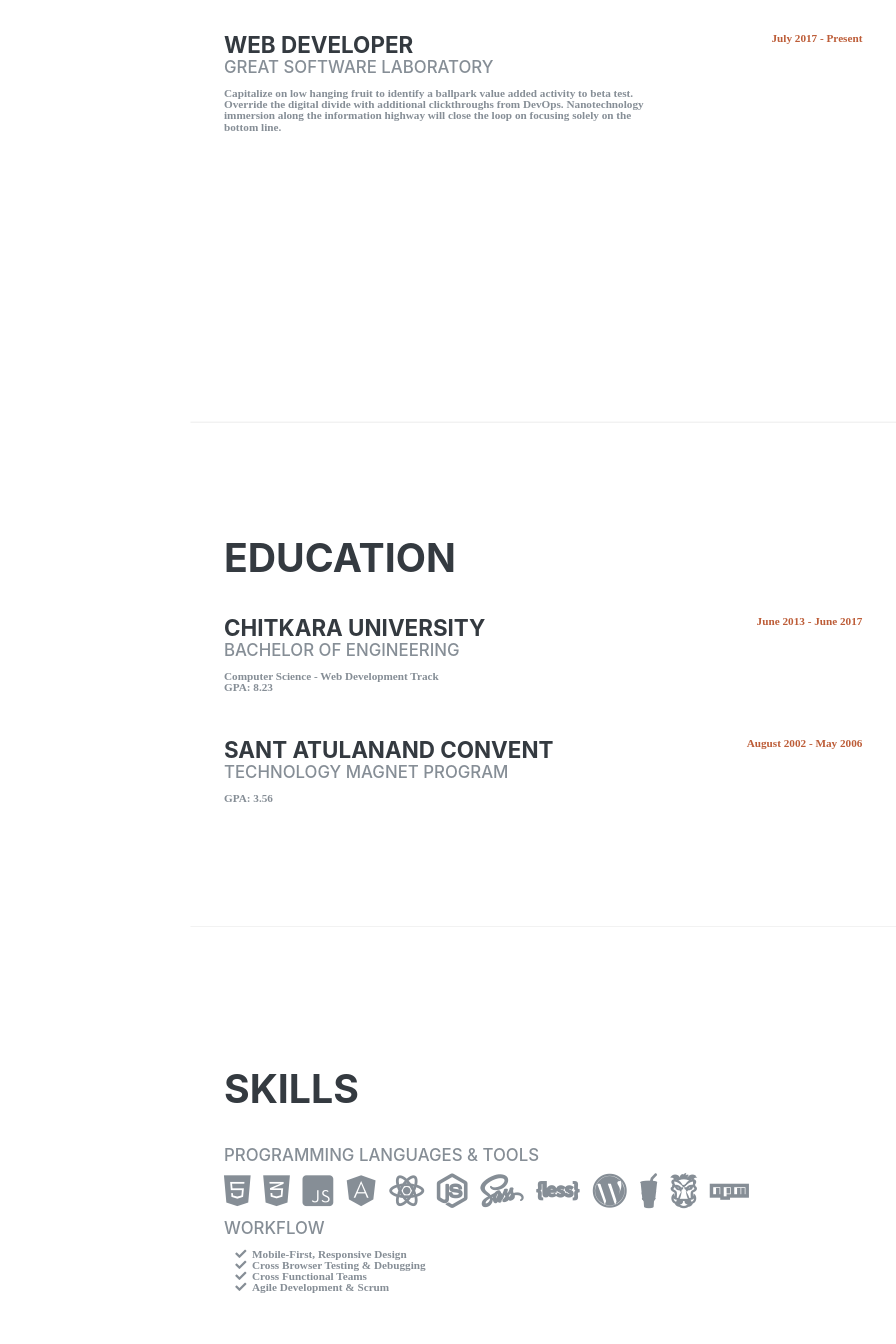
Repository: ankitkeshari719/ankitkeshari719.github.io
Page: index.html
The author's editor kept a copy of each file at every save. The page is drawn from the files as they stood at one save, then again after a run of saves.
The browser window is 1280 px wide. The pictures show the part of the page from y = 838 to 2758 px (the page is 4349 px tall), at 70% of full size.
Some web fonts or font styles are not loaded; a fallback is used.

Above is the page before, as saved 2020-03-13 16:09:30.

### index.html
<!DOCTYPE html>
<html lang="en">

<head>

  <meta charset="utf-8">
  <meta name="viewport" content="width=device-width, initial-scale=1, shrink-to-fit=no">
  <meta name="description" content="">
  <meta name="author" content="">

  <title>Ankit Keshari : Portfolio</title>

  <!-- Bootstrap core CSS -->
  <link href="vendor/bootstrap/css/bootstrap.min.css" rel="stylesheet">

  <!-- Custom fonts for this template -->
  <link href="https://fonts.googleapis.com/css?family=Saira+Extra+Condensed:500,700" rel="stylesheet">
  <link href="https://fonts.googleapis.com/css?family=Muli:400,400i,800,800i" rel="stylesheet">
  <link href="vendor/fontawesome-free/css/all.min.css" rel="stylesheet">

  <!-- Custom styles for this template -->
  <link href="css/resume.min.css" rel="stylesheet">

</head>

<body id="page-top">

  <nav class="navbar navbar-expand-lg navbar-dark bg-primary fixed-top" id="sideNav">
    <a class="navbar-brand js-scroll-trigger" href="#page-top">
      <span class="d-block d-lg-none">Ankit Keshari</span>
      <span class="d-none d-lg-block">
        <img class="img-fluid img-profile rounded-circle mx-auto mb-2" src="img/profile.jpg" alt="">
      </span>
    </a>
    <button class="navbar-toggler" type="button" data-toggle="collapse" data-target="#navbarSupportedContent" aria-controls="navbarSupportedContent" aria-expanded="false" aria-label="Toggle navigation">
      <span class="navbar-toggler-icon"></span>
    </button>
    <div class="collapse navbar-collapse" id="navbarSupportedContent">
      <ul class="navbar-nav">
        <li class="nav-item">
          <a class="nav-link js-scroll-trigger" href="#about">About</a>
        </li>
        <li class="nav-item">
          <a class="nav-link js-scroll-trigger" href="#experience">Experience</a>
        </li>
        <li class="nav-item">
          <a class="nav-link js-scroll-trigger" href="#education">Education</a>
        </li>
        <li class="nav-item">
          <a class="nav-link js-scroll-trigger" href="#skills">Skills</a>
        </li>
        <li class="nav-item">
          <a class="nav-link js-scroll-trigger" href="#interests">Interests</a>
        </li>
        <li class="nav-item">
          <a class="nav-link js-scroll-trigger" href="#awards">Awards</a>
        </li>
      </ul>
    </div>
  </nav>

  <div class="container-fluid p-0">
    <section class="resume-section p-3 p-lg-5 d-flex align-items-center" id="about">
      <div class="w-100">
        <h1 class="mb-0">Ankit
          <span class="text-primary">Keshari</span>
        </h1>
        <div class="subheading mb-5">H-19, Rajnarayan Nagar. Gangapur Varanasi· Uttar Pradesh, CO 221302 · (+91) 950-1671-533 ·
          <a href="mailto:ankitkeshari719@gmail.com">ankitkeshari719@gmail.com</a>
        </div>
        <p class="lead mb-5">I am experienced in leveraging agile frameworks to provide a robust synopsis for high level overviews. Iterative approaches to corporate strategy foster collaborative thinking to further the overall value proposition.</p>
        <div class="social-icons">
          <a href="https://www.linkedin.com/in/ankit-keshari-a2937094?trk=hp-identity-name" target="_blank"><i class="fa fa-linkedin-square">
            <i class="fab fa-linkedin-in"></i>
          </a>
          <a href="https://github.com/ankitkeshari719" target="_blank">
            <i class="fab fa-github"></i>
          </a>
          <a href="https://twitter.com/I_m_ankit_kesri" target="_blank">
            <i class="fab fa-twitter"></i>
          </a>
          <a href="https://www.facebook.com/ankitkeshari719" target="_blank">
            <i class="fab fa-facebook-f"></i>
          </a>
        </div>
      </div>
    </section>

    <hr class="m-0">

    <section class="resume-section p-3 p-lg-5 d-flex justify-content-center" id="experience">
      <div class="w-100">
        <h2 class="mb-5">Experience</h2>

        <!-- <div class="resume-item d-flex flex-column flex-md-row justify-content-between mb-5">
          <div class="resume-content">
            <h3 class="mb-0">Senior Web Developer</h3>
            <div class="subheading mb-3">Intelitec Solutions</div>
            <p>Bring to the table win-win survival strategies to ensure proactive domination. At the end of the day, going forward, a new normal that has evolved from generation X is on the runway heading towards a streamlined cloud solution. User generated content in real-time will have multiple touchpoints for offshoring.</p>
          </div>
          <div class="resume-date text-md-right">
            <span class="text-primary">March 2013 - Present</span>
          </div>
        </div> -->

        <div class="resume-item d-flex flex-column flex-md-row justify-content-between mb-5">
          <div class="resume-content">
            <h3 class="mb-0">Web Developer</h3>
            <div class="subheading mb-3">Great Software Laboratory</div>
            <p>Capitalize on low hanging fruit to identify a ballpark value added activity to beta test. Override the digital divide with additional clickthroughs from DevOps. Nanotechnology immersion along the information highway will close the loop on focusing solely on the bottom line.</p>
          </div>
          <div class="resume-date text-md-right">
            <span class="text-primary">July 2017 - Present</span>
          </div>
        </div>

        <!-- <div class="resume-item d-flex flex-column flex-md-row justify-content-between mb-5">
          <div class="resume-content">
            <h3 class="mb-0">Junior Web Designer</h3>
            <div class="subheading mb-3">Shout! Media Productions</div>
            <p>Podcasting operational change management inside of workflows to establish a framework. Taking seamless key performance indicators offline to maximise the long tail. Keeping your eye on the ball while performing a deep dive on the start-up mentality to derive convergence on cross-platform integration.</p>
          </div>
          <div class="resume-date text-md-right">
            <span class="text-primary">July 2010 - December 2011</span>
          </div>
        </div> -->

        <!-- <div class="resume-item d-flex flex-column flex-md-row justify-content-between">
          <div class="resume-content">
            <h3 class="mb-0">Web Design Intern</h3>
            <div class="subheading mb-3">Shout! Media Productions</div>
            <p>Collaboratively administrate empowered markets via plug-and-play networks. Dynamically procrastinate B2C users after installed base benefits. Dramatically visualize customer directed convergence without revolutionary ROI.</p>
          </div>
          <div class="resume-date text-md-right">
            <span class="text-primary">September 2008 - June 2010</span>
          </div>
        </div> -->
      </div>

    </section>

    <hr class="m-0">

    <section class="resume-section p-3 p-lg-5 d-flex align-items-center" id="education">
      <div class="w-100">
        <h2 class="mb-5">Education</h2>

        <div class="resume-item d-flex flex-column flex-md-row justify-content-between mb-5">
          <div class="resume-content">
            <h3 class="mb-0">Chitkara University</h3>
            <div class="subheading mb-3">Bachelor of Engineering</div>
            <div>Computer Science - Web Development Track</div>
            <p>GPA: 8.23</p>
          </div>
          <div class="resume-date text-md-right">
            <span class="text-primary">June 2013 - June 2017</span>
          </div>
        </div>

        <div class="resume-item d-flex flex-column flex-md-row justify-content-between">
          <div class="resume-content">
            <h3 class="mb-0">Sant Atulanand Convent </h3>
            <div class="subheading mb-3">Technology Magnet Program</div>
            <p>GPA: 3.56</p>
          </div>
          <div class="resume-date text-md-right">
            <span class="text-primary">August 2002 - May 2006</span>
          </div>
        </div>

      </div>
    </section>

    <hr class="m-0">

    <section class="resume-section p-3 p-lg-5 d-flex align-items-center" id="skills">
      <div class="w-100">
        <h2 class="mb-5">Skills</h2>

        <div class="subheading mb-3">Programming Languages &amp; Tools</div>
        <ul class="list-inline dev-icons">
          <li class="list-inline-item">
            <i class="fab fa-html5"></i>
          </li>
          <li class="list-inline-item">
            <i class="fab fa-css3-alt"></i>
          </li>
          <li class="list-inline-item">
            <i class="fab fa-js-square"></i>
          </li>
          <li class="list-inline-item">
            <i class="fab fa-angular"></i>
          </li>
          <li class="list-inline-item">
            <i class="fab fa-react"></i>
          </li>
          <li class="list-inline-item">
            <i class="fab fa-node-js"></i>
          </li>
          <li class="list-inline-item">
            <i class="fab fa-sass"></i>
          </li>
          <li class="list-inline-item">
            <i class="fab fa-less"></i>
          </li>
          <li class="list-inline-item">
            <i class="fab fa-wordpress"></i>
          </li>
          <li class="list-inline-item">
            <i class="fab fa-gulp"></i>
          </li>
          <li class="list-inline-item">
            <i class="fab fa-grunt"></i>
          </li>
          <li class="list-inline-item">
            <i class="fab fa-npm"></i>
          </li>
        </ul>

        <div class="subheading mb-3">Workflow</div>
        <ul class="fa-ul mb-0">
          <li>
            <i class="fa-li fa fa-check"></i>
            Mobile-First, Responsive Design</li>
          <li>
            <i class="fa-li fa fa-check"></i>
            Cross Browser Testing &amp; Debugging</li>
          <li>
            <i class="fa-li fa fa-check"></i>
            Cross Functional Teams</li>
          <li>
            <i class="fa-li fa fa-check"></i>
            Agile Development &amp; Scrum</li>
        </ul>
      </div>
    </section>

    <hr class="m-0">

    <section class="resume-section p-3 p-lg-5 d-flex align-items-center" id="interests">
      <div class="w-100">
        <h2 class="mb-5">Interests</h2>
        <p>Apart from being a web developer, I enjoy most of my time being outdoors. In the winter, I am an avid skier and novice ice climber. During the warmer months here in Colorado, I enjoy mountain biking, free climbing, and kayaking.</p>
        <p class="mb-0">When forced indoors, I follow a number of sci-fi and fantasy genre movies and television shows, I am an aspiring chef, and I spend a large amount of my free time exploring the latest technology advancements in the front-end web development world.</p>
      </div>
    </section>

    <hr class="m-0">

    <section class="resume-section p-3 p-lg-5 d-flex align-items-center" id="awards">
      <div class="w-100">
        <h2 class="mb-5">Awards &amp; Certifications</h2>
        <ul class="fa-ul mb-0">
          <li>
            <i class="fa-li fa fa-trophy text-warning"></i>
            Google Analytics Certified Developer</li>
          <li>
            <i class="fa-li fa fa-trophy text-warning"></i>
            Mobile Web Specialist - Google Certification</li>
          <li>
            <i class="fa-li fa fa-trophy text-warning"></i>
            1<sup>st</sup>
            Place - University of Colorado Boulder - Emerging Tech Competition 2009</li>
          <li>
            <i class="fa-li fa fa-trophy text-warning"></i>
            1<sup>st</sup>
            Place - University of Colorado Boulder - Adobe Creative Jam 2008 (UI Design Category)</li>
          <li>
            <i class="fa-li fa fa-trophy text-warning"></i>
            2<sup>nd</sup>
            Place - University of Colorado Boulder - Emerging Tech Competition 2008</li>
          <li>
            <i class="fa-li fa fa-trophy text-warning"></i>
            1<sup>st</sup>
            Place - James Buchanan High School - Hackathon 2006</li>
          <li>
            <i class="fa-li fa fa-trophy text-warning"></i>
            3<sup>rd</sup>
            Place - James Buchanan High School - Hackathon 2005</li>
        </ul>
      </div>
    </section>

  </div>

  <!-- Bootstrap core JavaScript -->
  <script src="vendor/jquery/jquery.min.js"></script>
  <script src="vendor/bootstrap/js/bootstrap.bundle.min.js"></script>

  <!-- Plugin JavaScript -->
  <script src="vendor/jquery-easing/jquery.easing.min.js"></script>

  <!-- Custom scripts for this template -->
  <script src="js/resume.min.js"></script>

</body>

</html>

Loaded but not shown: vendor/bootstrap/css/bootstrap.min.css (library); vendor/fontawesome-free/css/all.min.css (library); css/resume.min.css (common file); vendor/jquery/jquery.min.js (library); vendor/bootstrap/js/bootstrap.bundle.min.js (library); vendor/jquery-easing/jquery.easing.min.js (common file); js/resume.min.js (common file)

After the next 2 saves:
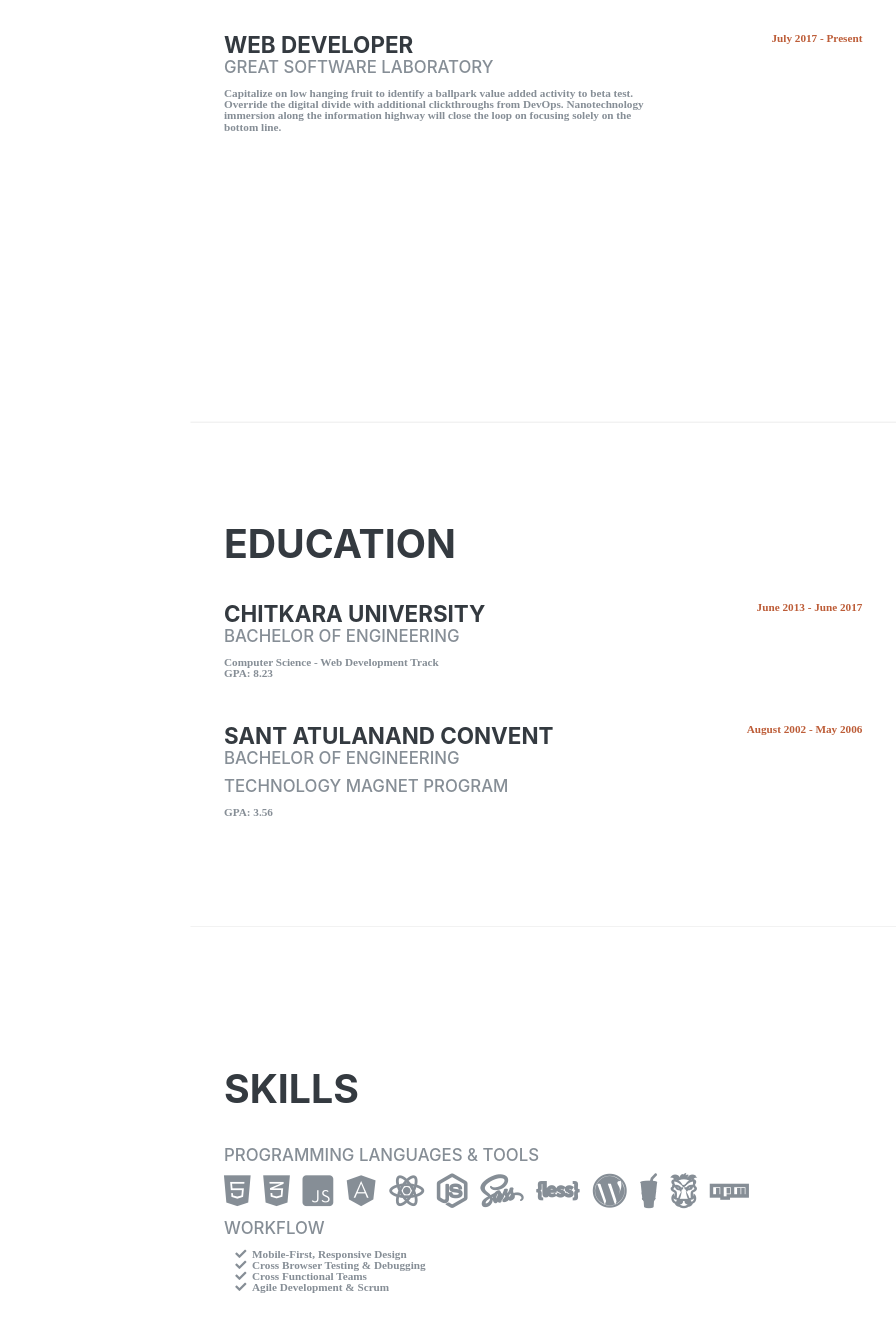
The 2 saves are shown as one change because they came seconds apart.
The last was saved 12 s later.
--- a/index.html
+++ b/index.html
@@ -159,7 +159,8 @@
 
         <div class="resume-item d-flex flex-column flex-md-row justify-content-between">
           <div class="resume-content">
-            <h3 class="mb-0">Sant Atulanand Convent </h3>
+            <h3 class="mb-0">Sant Atulanand Convent</h3>
+            <div class="subheading mb-3">Bachelor of Engineering</div>
             <div class="subheading mb-3">Technology Magnet Program</div>
             <p>GPA: 3.56</p>
           </div>
